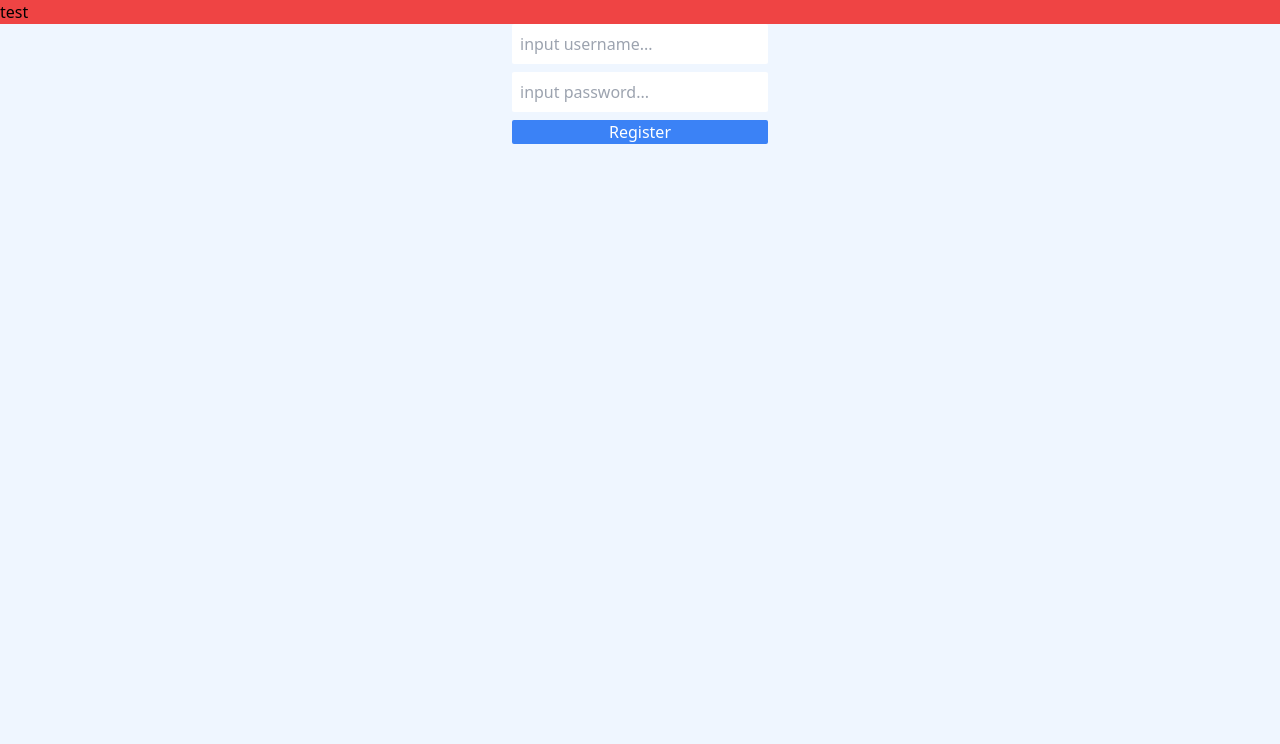
Repository: HAONANTAO/MERN_chat_app
Page: / (app in client/)
An editor plug-in stored every save of this project. The page is shown before and after the next save, followed by the edit.
The browser window is 1280 px wide. The pictures show the whole page.
The project was rebuilt for these pictures with package versions that can differ from the ones it lists, and the page was loaded fresh each time. Also part of the build but not shown: client/vite.config.js.

Above is the page before, as saved 2024-03-18 15:59:20.

After the next save:
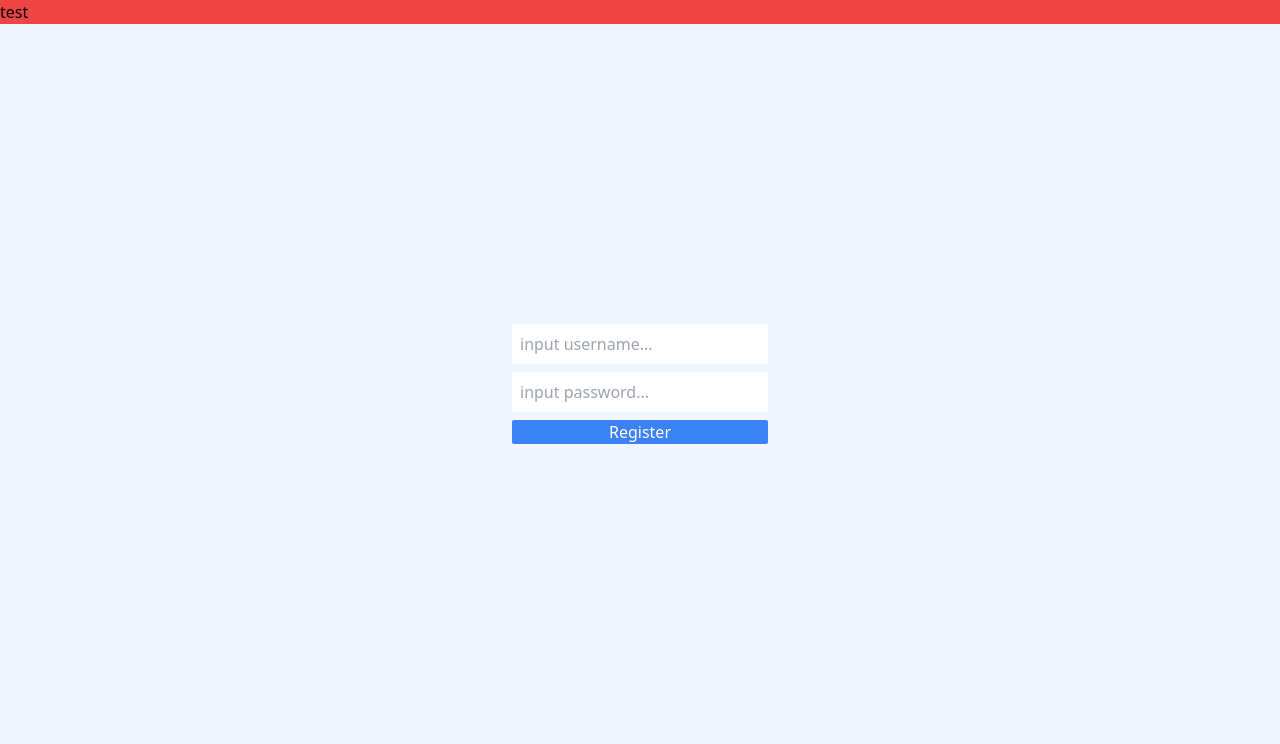
Saved 5 s later.
--- a/client/src/Register.jsx
+++ b/client/src/Register.jsx
@@ -2,7 +2,7 @@ import React from "react";
 
 const Register = () => {
   return (
-    <div className="bg-blue-50 h-screen f">
+    <div className="bg-blue-50 h-screen flex items-center">
       {/* margin auto == center */}
       <form className="w-64 mx-auto">
         <input
